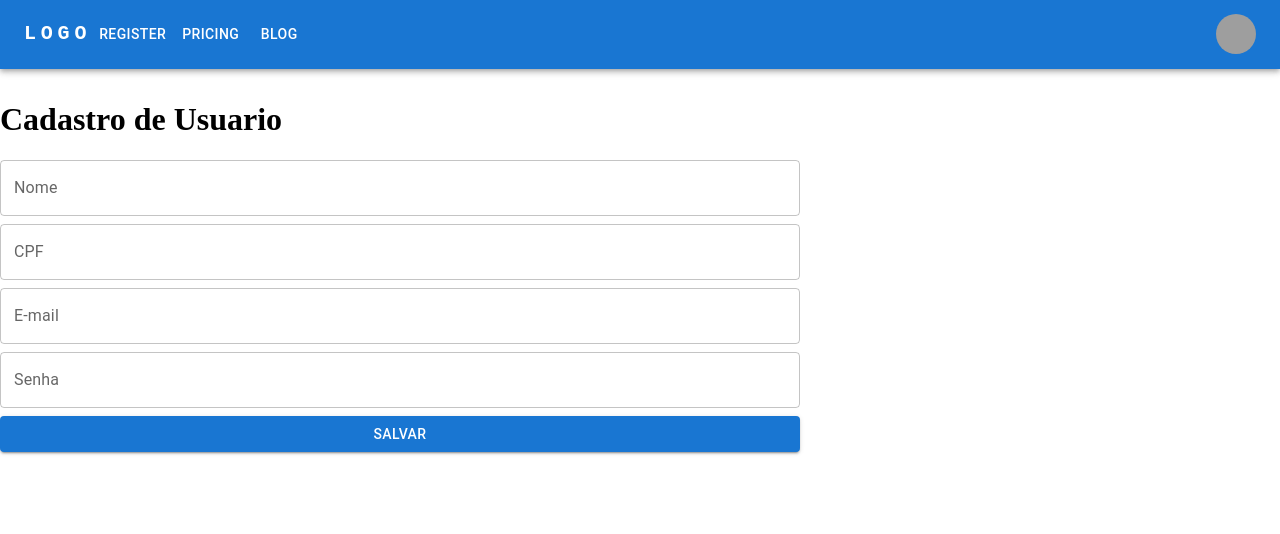
Repository: GabrielLeao02/sistema-react
Page: /register
An editor plug-in stored every save of this project. The page is shown before and after the next save, followed by the edit.
The browser window is 1280 px wide. The pictures show the whole page.
Pictures or frames that could not be fetched are drawn as grey boxes. The project was rebuilt for these pictures with package versions that can differ from the ones it lists, and the page was loaded fresh each time. Also part of the build but not shown: src/presenter/home/home.tsx.

Above is the page before, as saved 2023-07-24 15:00:14.

After the next save:
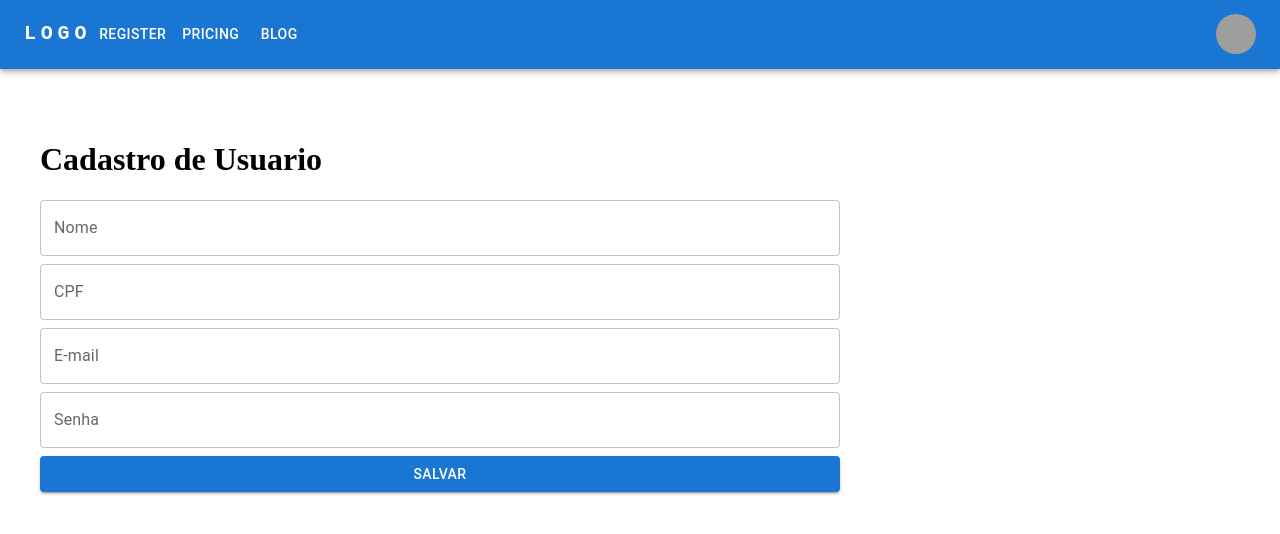
Saved 7 s later.
--- a/src/presenter/containerGlobal/containerGlobal.tsx
+++ b/src/presenter/containerGlobal/containerGlobal.tsx
@@ -1,7 +1,7 @@
 import styled from "styled-components";
 
 const ContainerGlobal = styled.div`
-    padding: 40pxpx;
+    padding: 40px;
     box-sizing: border-box;
     width: 100%;
 
